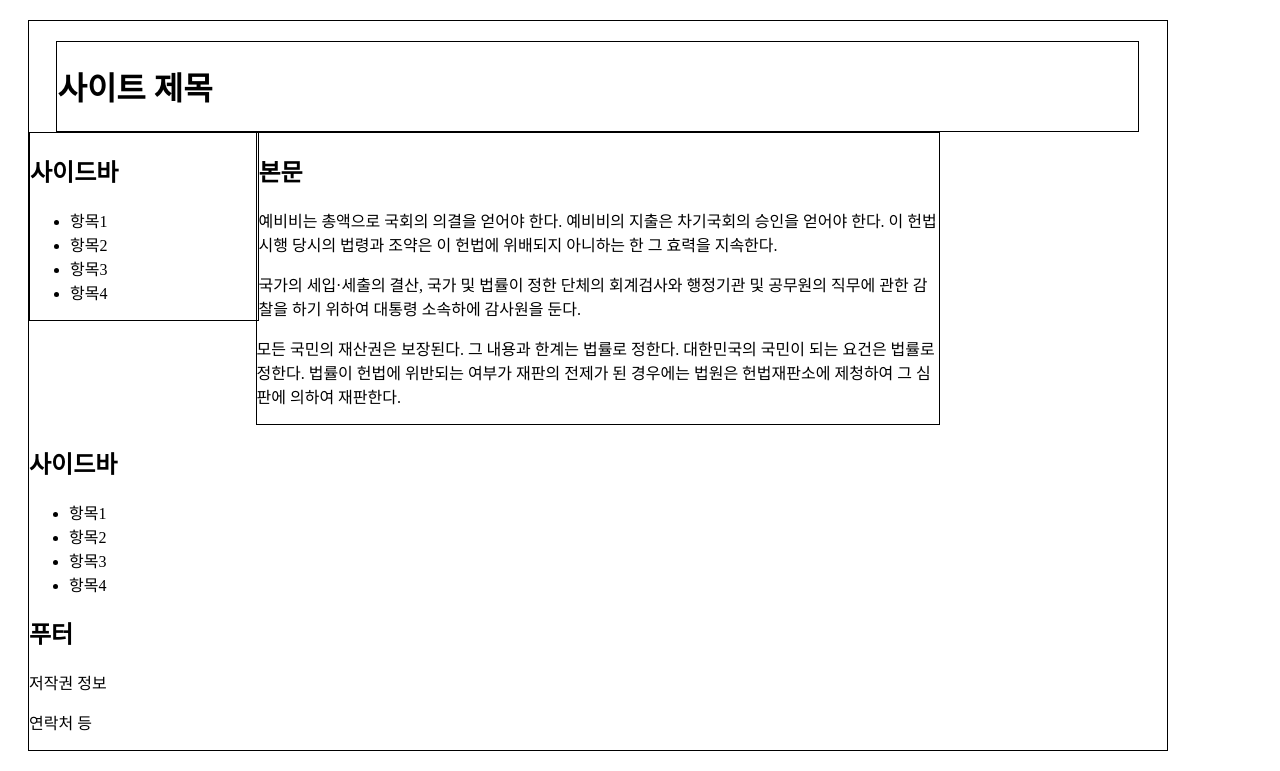
Repository: RyuJelly/java_web
Page: CSS/WebContent/3-layout.html
An editor plug-in stored every save of this project. The page is shown before and after the next save, followed by the edit.
The browser window is 1280 px wide. The pictures show the whole page.

Above is the page before, as saved 2021-03-08 07:10:59.

### CSS/WebContent/3-layout.html
<!doctype html>
<html lang="ko">
	<head>
		<title>CSS 레이아웃 - 2단 레이아웃</title>
		<meta charset="utf-8">
		<style>
			#container{
				width: 90%;
				height: 70%;
				border: 1px solid;
				margin: 20px;
			}

			#header{
				width: 95%;
				height: 25%;
				border: 1px solid;
				margin: auto;
				margin-top: 20px;
			}

			#left-sidebar{
				width: 20%;
				height: 30%;
				border: 1px solid;
				float: left;
				margin: auto;
			}

			#contents{
				width: 60%;
				height: 50%;
				border: 1px solid;
				margin: auto;
			}

		</style>
	</head>
	<body>
		<div id="container">
			<div id="header">
				<h1>사이트 제목</h1>
			</div>
			<div id="left-sidebar">
				<h2>사이드바</h2>
				<ul>
					<li>항목1</li>
					<li>항목2</li>
					<li>항목3</li>
					<li>항목4</li>
				</ul>
			</div>
			<div id="contents">
				<h2>본문</h2>
				<p>예비비는 총액으로 국회의 의결을 얻어야 한다. 예비비의 지출은 차기국회의 승인을 얻어야 한다. 이 헌법시행 당시의 법령과 조약은 이 헌법에 위배되지 아니하는 한 그 효력을 지속한다.</p>

				<p>국가의 세입·세출의 결산, 국가 및 법률이 정한 단체의 회계검사와 행정기관 및 공무원의 직무에 관한 감찰을 하기 위하여 대통령 소속하에 감사원을 둔다.</p>

				<p>모든 국민의 재산권은 보장된다. 그 내용과 한계는 법률로 정한다. 대한민국의 국민이 되는 요건은 법률로 정한다. 법률이 헌법에 위반되는 여부가 재판의 전제가 된 경우에는 법원은 헌법재판소에 제청하여 그 심판에 의하여 재판한다.</p>
			</div>
			<div id="right-sidebar">
				<h2>사이드바</h2>
				<ul>
					<li>항목1</li>
					<li>항목2</li>
					<li>항목3</li>
					<li>항목4</li>
				</ul>
			</div>
			<div id="footer">
				<h2>푸터</h2>
				<p> 저작권 정보 </p>
				<p> 연락처 등 </p>
			</div>
		</div>
	</body>
</html>

After the next save:
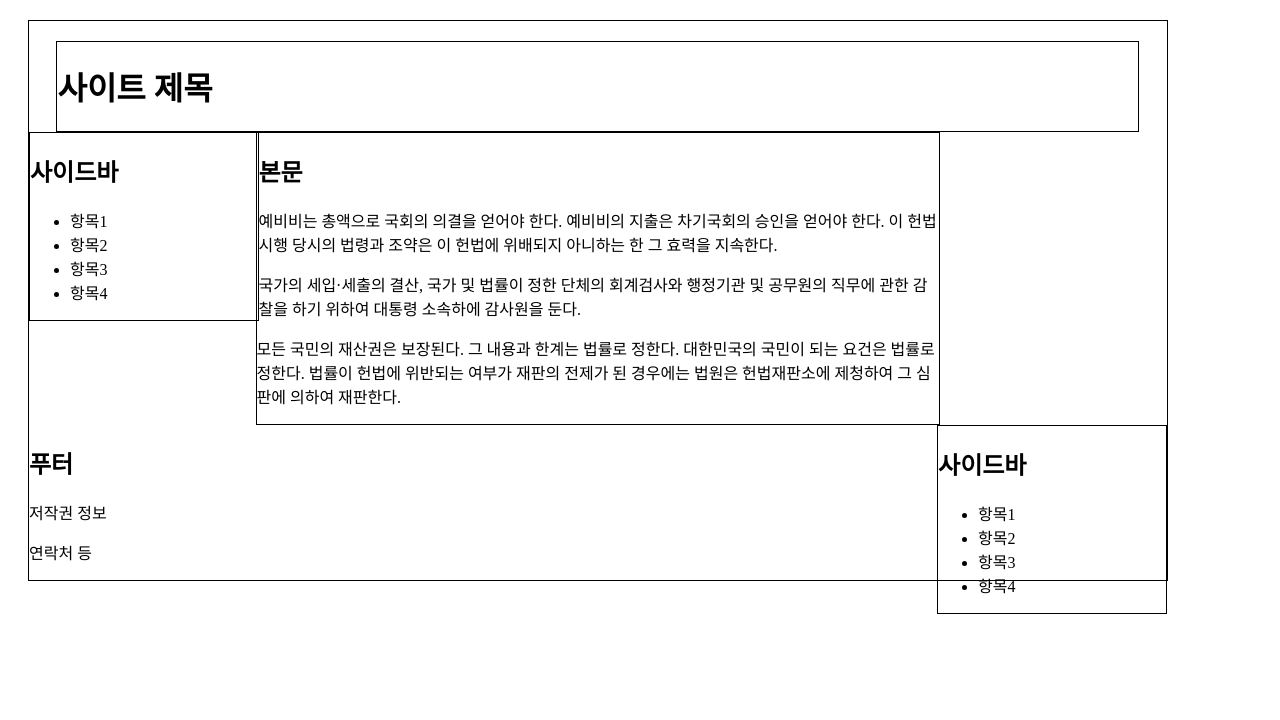
Saved 32 s later.
--- a/CSS/WebContent/3-layout.html
+++ b/CSS/WebContent/3-layout.html
@@ -31,6 +31,14 @@
 				width: 60%;
 				height: 50%;
 				border: 1px solid;
+				margin: auto;
+			}
+
+			#right-sidebar{
+				width: 20%;
+				height: 30%;
+				border: 1px solid;
+				float: right;
 				margin: auto;
 			}
 
